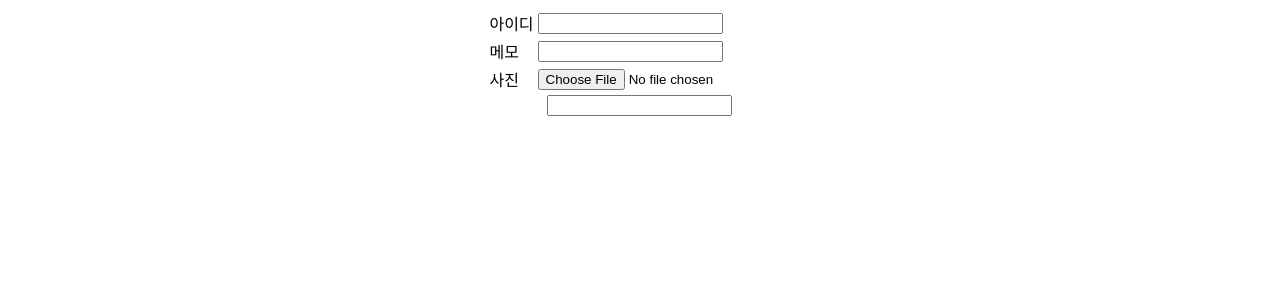
Repository: HimNahyeon/devClassBackup
Page: jsp/WebShop2/WebContent/product/photoAdd.html
The author's editor kept a copy of each file at every save. The page is drawn from the files as they stood at one save, then again after a run of saves.
The browser window is 1280 px wide. The pictures show the whole page.

Above is the page before, as saved 2021-11-04 06:21:53.

After the next 2 saves:
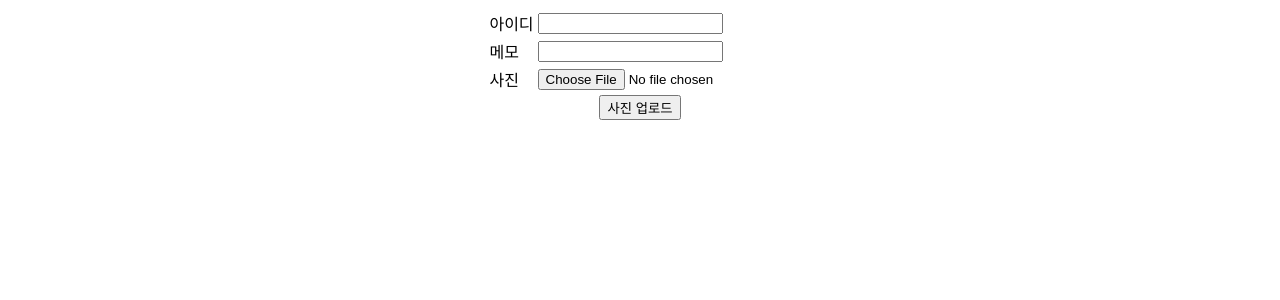
The 2 saves are shown as one change because they came seconds apart.
The last was saved 22 s later.
--- a/jsp/WebShop2/WebContent/product/photoAdd.html
+++ b/jsp/WebShop2/WebContent/product/photoAdd.html
@@ -20,7 +20,7 @@
 				 	<td><input type="file" name="photo"></td>
 				 </tr>
 				 <tr>
-				 	<td colspan= 2 align= center><input></td>
+				 	<td colspan= 2 align= center><input type="submit" value="사진 업로드"></td>
 				 </tr>
 		 </table>
 	</form>
